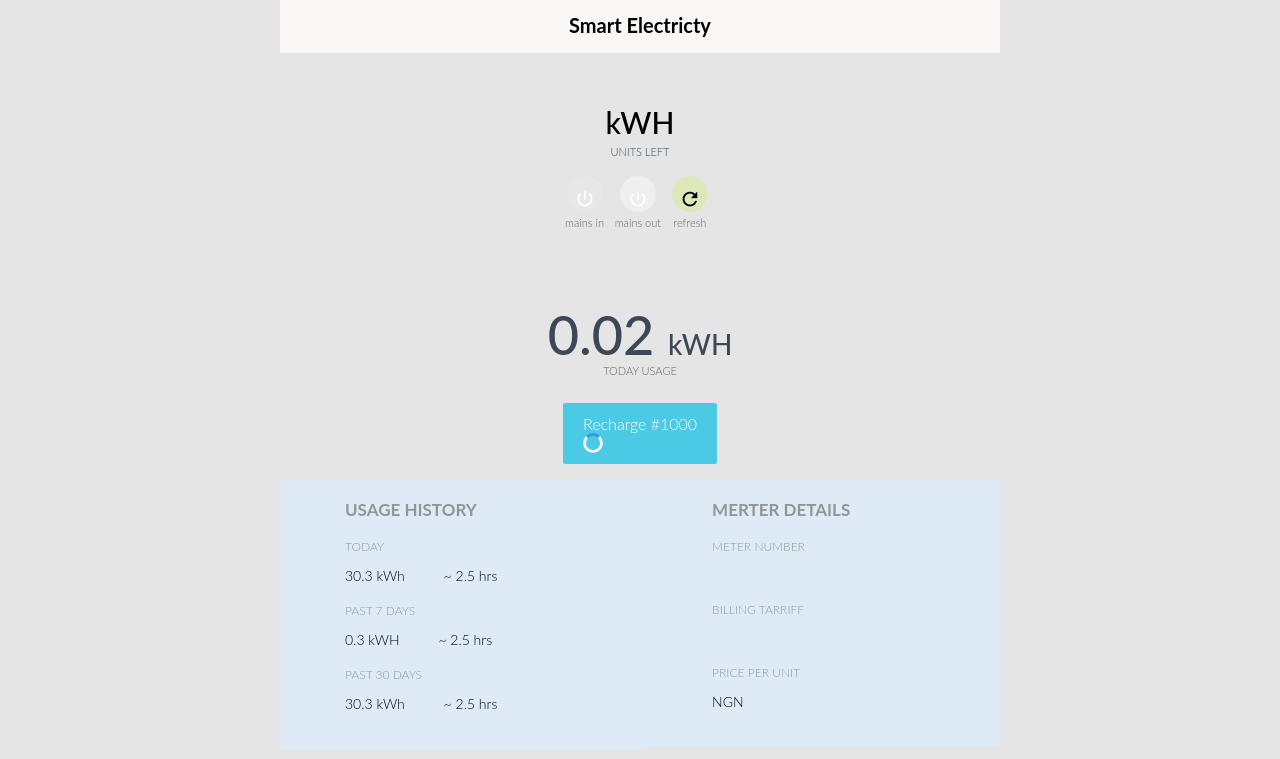
Repository: stefnnT/eko-smart-meter-hackathon
Page: subscriber.html
The author's editor kept a copy of each file at every save. The page is drawn from the files as they stood at one save, then again after the next save.
The browser window is 1280 px wide. The pictures show the whole page.
The page's requests for data from a server got no answer. Some web libraries are served in a nearby version.

Above is the page before, as saved 2020-09-04 13:38:01.
Not found: assets/assets-for-demo/vertical-nav.css

After the next save:
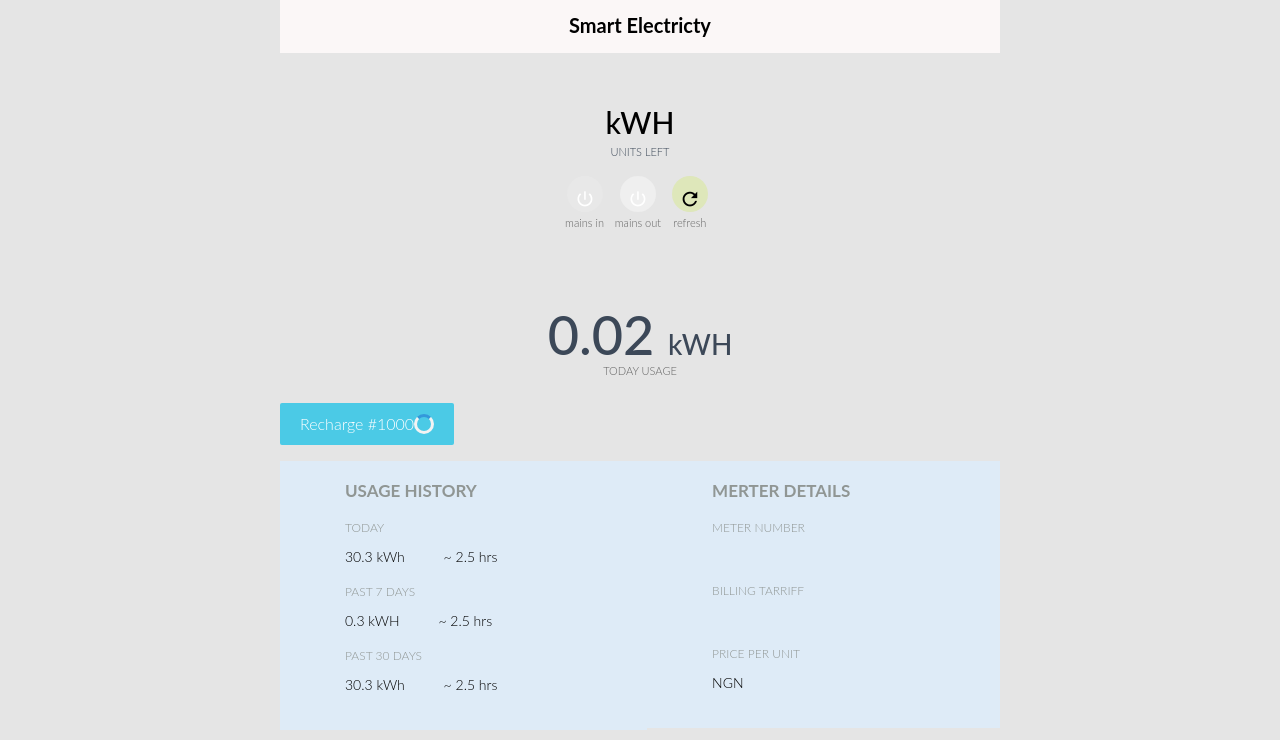
Saved 14 s later.
--- a/subscriber.html
+++ b/subscriber.html
@@ -98,7 +98,7 @@
                 TODAY USAGE
               </div>
               <div class="dashboard__cta">
-                <button style="text-align: center;" class="app-btn" ui-sref="devices.map">
+                <button style="display: flex;" class="app-btn" ui-sref="devices.map">
                     <div class=""> Recharge #1000 </div>
                     <div class="loader"></div>
                 </button>
